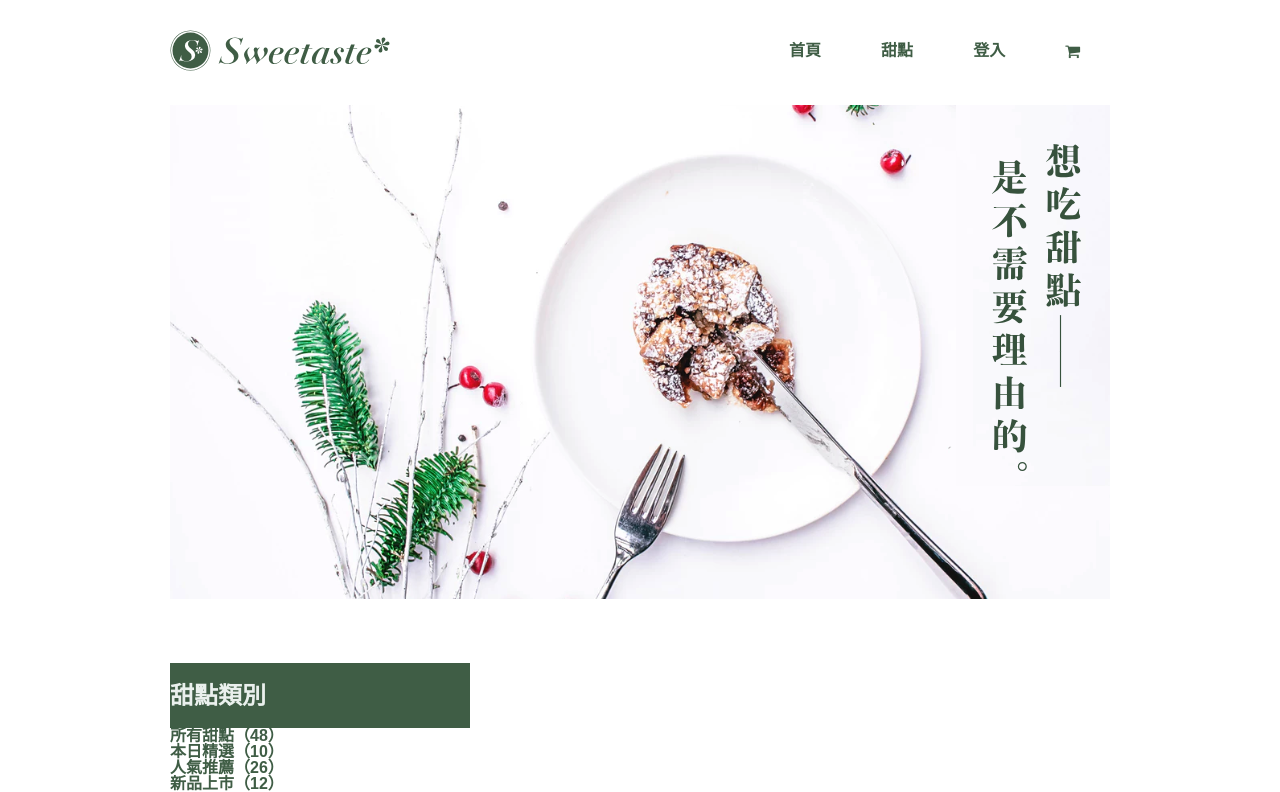
Repository: michelle61219/Sweets
Page: index.html
The author's editor kept a copy of each file at every save. The page is drawn from the files as they stood at one save, then again after the next save.
The browser window is 1280 px wide. The pictures show the whole page.

Above is the page before, as saved 2021-06-13 00:29:43.

After the next save:
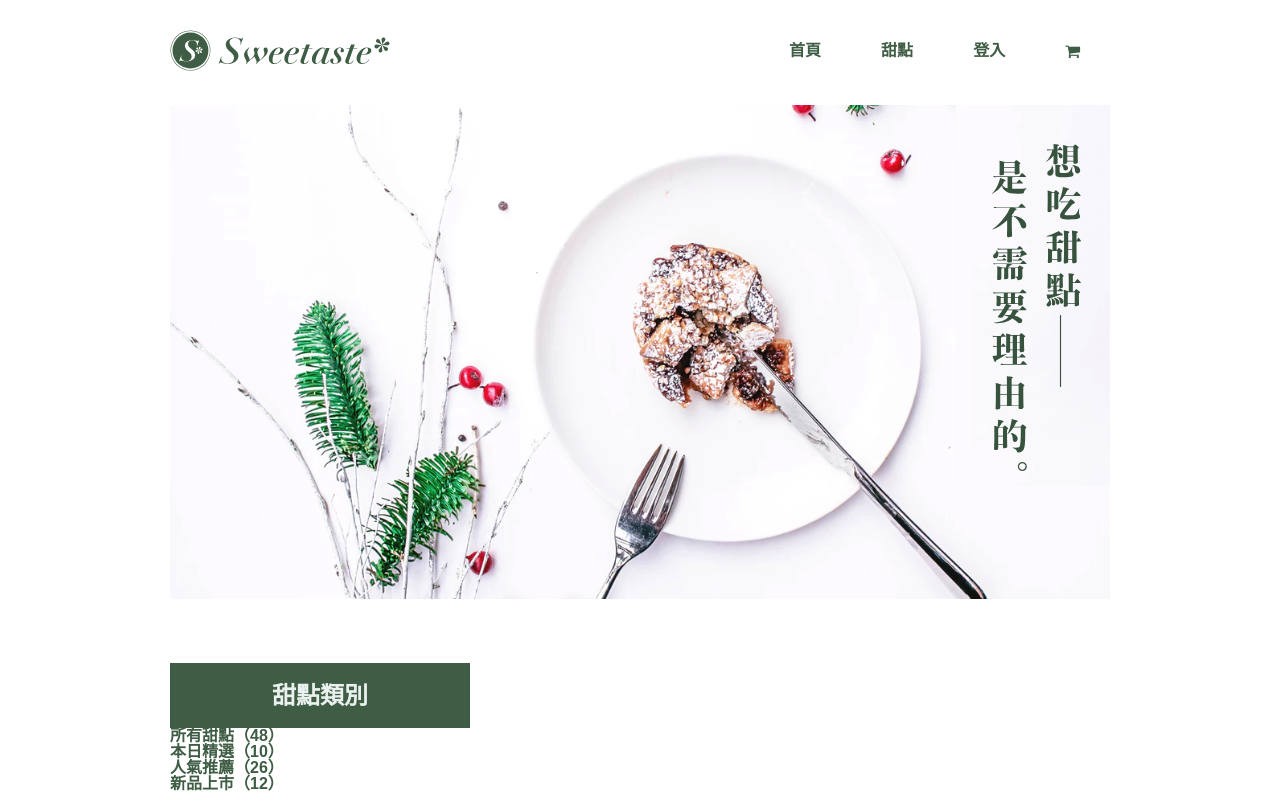
Saved 36 s later.
--- a/style.css
+++ b/style.css
@@ -189,7 +189,7 @@ a {
 .aside h2 {
 	background: #3f5d45;
 	color: #eaf0ed;
-	text-decoration: center;
+	text-align: center;
 	font-size: 24px;
 	line-height: 65px;
 }
